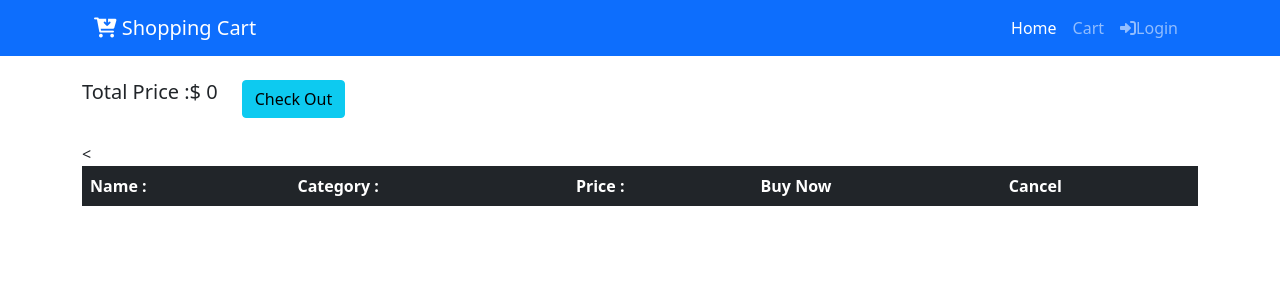
Repository: Min-MinPhyo/java-servlet-ecommerce-project
Page: http://localhost/E-Commerence/cart.jsp
These files come from the project's save history. The page is drawn as it stood at one moment and after the next save; the edit follows.
The browser window is 1280 px wide. The pictures show the whole page.
Some web libraries are served in a nearby version. The page is served by Tomcat 9.

Above is the page before, as saved 2022-10-05 11:26:48.

After the next save:
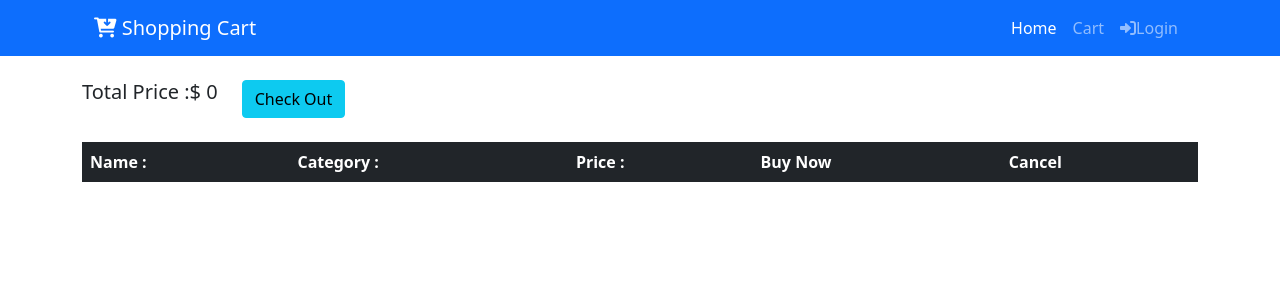
Saved 6 s later.
--- a/E-Commerence/src/main/webapp/cart.jsp
+++ b/E-Commerence/src/main/webapp/cart.jsp
@@ -58,7 +58,7 @@
 			<a href="checkOut" class="mx-4 btn btn-info">Check Out</a>
 		</div>
 
-		<<table class="table table-dark table-striped">
+		<table class="table table-dark table-striped">
 	<!-- table class="table table-success table-striped"> -->
 			<thead class="thead-dark">
 
